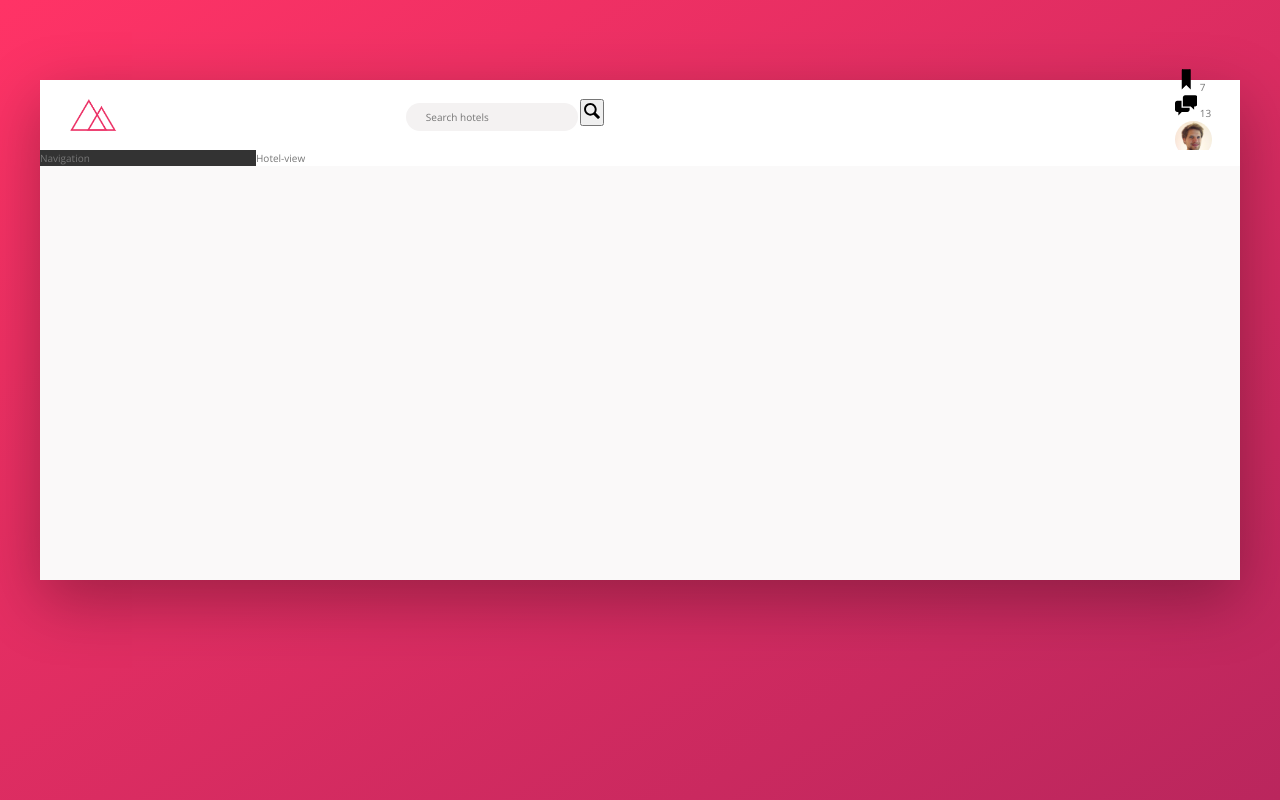
Repository: Lithium87/Trillo
Page: index.html
These files come from the project's save history. The page is drawn as it stood at one moment and after the next save; the edit follows.
The browser window is 1280 px wide. The pictures show the whole page.
The style sheet was rebuilt from its Sass, Less or Tailwind sources for each picture, by a compiler version that may differ from the author's.

Above is the page before, as saved 2020-05-15 20:07:12.

### index.html
<!DOCTYPE html>
<html lang="en">

<head>
    <meta charset="UTF-8">
    <meta name="viewport" content="width=device-width, initial-scale=1.0">

    <link href="https://fonts.googleapis.com/css?family=Open+Sans:300,400,600" rel="stylesheet">
    <link rel="stylesheet" href="css/style.css">
    <link rel="shortcut icon" type="image/png" href="img/favicon.png">

    <title>trillo &mdash; Your all-in-one booking app</title>
</head>

<body>
    <div class="container">
        <header class="header">
            <img src="img/logo.png" alt="Trillo logo" class="logo">
            <form action="#" class="search">
                <input type="text" class="search__input" placeholder="Search hotels">
                <button class="search__button">
                    <svg class="search__icon">
                        <use xlink:href="img/sprite.svg#icon-magnifying-glass"></use>
                    </svg>
                </button>
            </form>

            <nav class="user-nav">
                <div class="user-nav__icon-box">
                    <svg class="user-nav__icon">
                        <use xlink:href="img/sprite.svg#icon-bookmark"></use>
                    </svg>
                    <span class="user-nav__notification">7</span>
                </div>
                <div class="user-nav__icon-box">
                    <svg class="user-nav__icon">
                        <use xlink:href="img/sprite.svg#icon-chat"></use>
                    </svg>
                    <span class="user-nav__notification">13</span>
                </div>
                <div class="user-nav__user">
                    <img src="img/user.jpg" alt="User photo" class="user-nav__user-photo">
                    <span class="user-nav__user-name">Jonas</span>
                </div>
            </nav>
        </header>
        <div class="content">
            <nav class="sidebar">
                Navigation
            </nav>
            <main class="hotel-view">
                Hotel-view
            </main>
        </div>
    </div>
</body>

</html>

### sass/_base.scss
:root {
    --color-primary: #eb2f64;
    --color-primary-light: #FF3366;
    --color-primary-dark: #BA265D;
    --color-grey-light-1: #faf9f9;
    --color-grey-light-2: #f4f2f2;
    --color-grey-light-3: #f0eeee;
    --color-grey-light-4: #ccc;
    --color-grey-dark-1: #333;
    --color-grey-dark-2: #777;
    --color-grey-dark-3: #999;
    --shadow-dark: 0 2rem 6rem rgba(0, 0, 0, .3);
}

* {
    margin: 0;
    padding: 0;
}

*,
*::before,
*::after {
    box-sizing: inherit;
}

html {
    box-sizing: border-box;
    font-size: 62.5%; // 1rem = 10px
}

body {
    font-family: 'Open Sans', sans-serif;
    font-weight: 400;
    line-height: 1.6;
    color: var(--color-grey-dark-2);
    background-image: linear-gradient(to right bottom, var(--color-primary-light), var(--color-primary-dark));
    background-size: cover;
    background-repeat: no-repeat;
    min-height: 100vh;
}

### sass/_layout.scss
.container {
    max-width: 120rem;
    margin: 8rem auto;
    background-color: var(--color-grey-light-1);
    box-shadow: var(--shadow-dark);
    min-height: 50rem;
}

.header {
    height: 7rem;
    background-color: #fff;
    border-bottom: var(--color-grey-light-2);
    display: flex;
    justify-content: space-between;
    align-items: center;
}

.content {
    display: flex;
}

.sidebar {
    background-color: var(--color-grey-dark-1);
    flex: 0 0 18%;
}

.hotel-view {
    background-color: #fff;
    flex: 1;
}

### sass/_components.scss
///////////////////////
//LOGO
.logo {
    height: 3.25rem;
    margin-left: 3rem;
}

///////////////////////
//SEARCH BOX
.search {
    flex: 0 0 40%;
    &__input {
        font-family: inherit;
        font-size: inherit;
        color: inherit;
        background-color: var(--color-grey-light-2);
        border: none;
        padding: .7rem 2rem;
        border-radius: 100px;
    }
    &__button {}
    &__icon {
        height: 2rem;
        width: 2rem;
    }
}

///////////////////////
//USER NAVIGATION
.user-nav {
    &__icon-box {}
    &__icon {
        height: 2.25rem;
        width: 2.25rem;
    }
    &__notification {}
    &__user {}
    &__user-photo {
        height: 3.75rem;
        border-radius: 50%;
    }
    &__user-name {}
}

Loaded but not shown: sass/main.scss (common file)

After the next save:
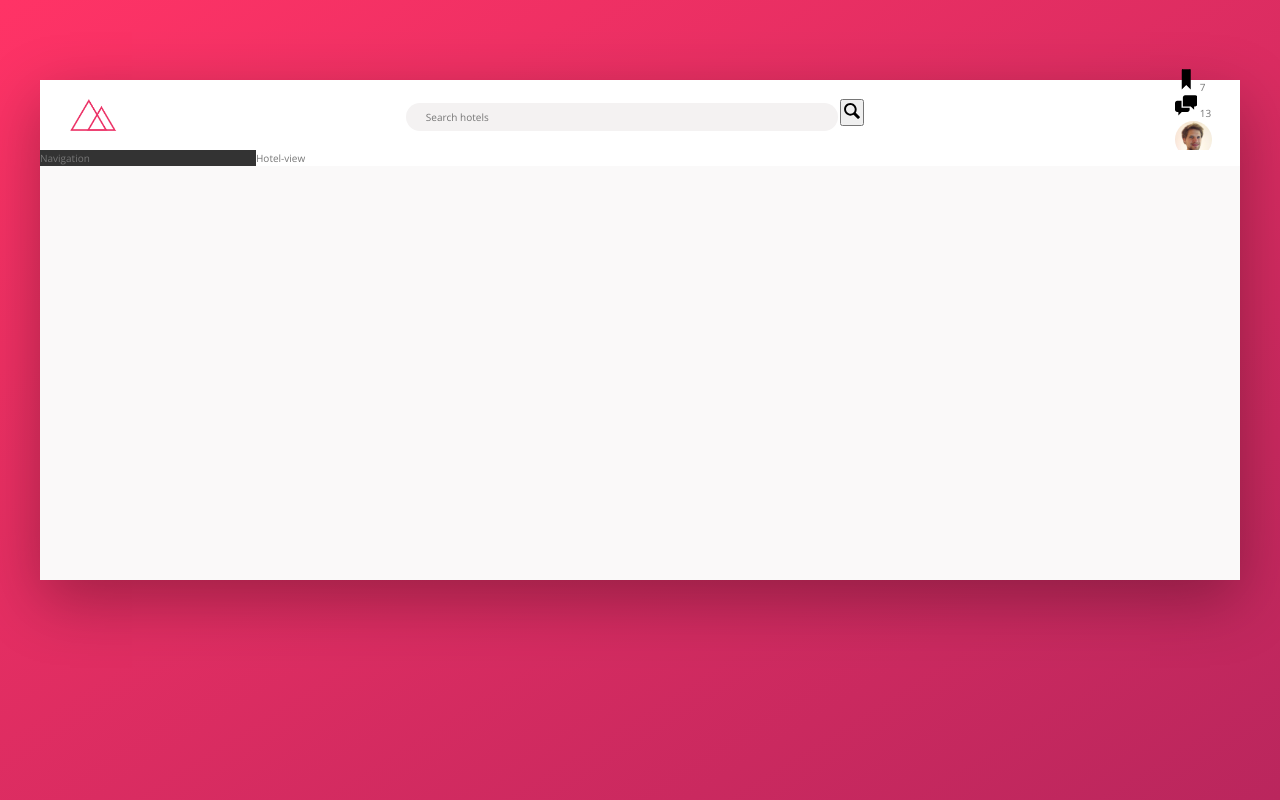
Saved 55 s later.
--- a/sass/_components.scss
+++ b/sass/_components.scss
@@ -17,6 +17,7 @@
         border: none;
         padding: .7rem 2rem;
         border-radius: 100px;
+        width: 90%;
     }
     &__button {}
     &__icon {
